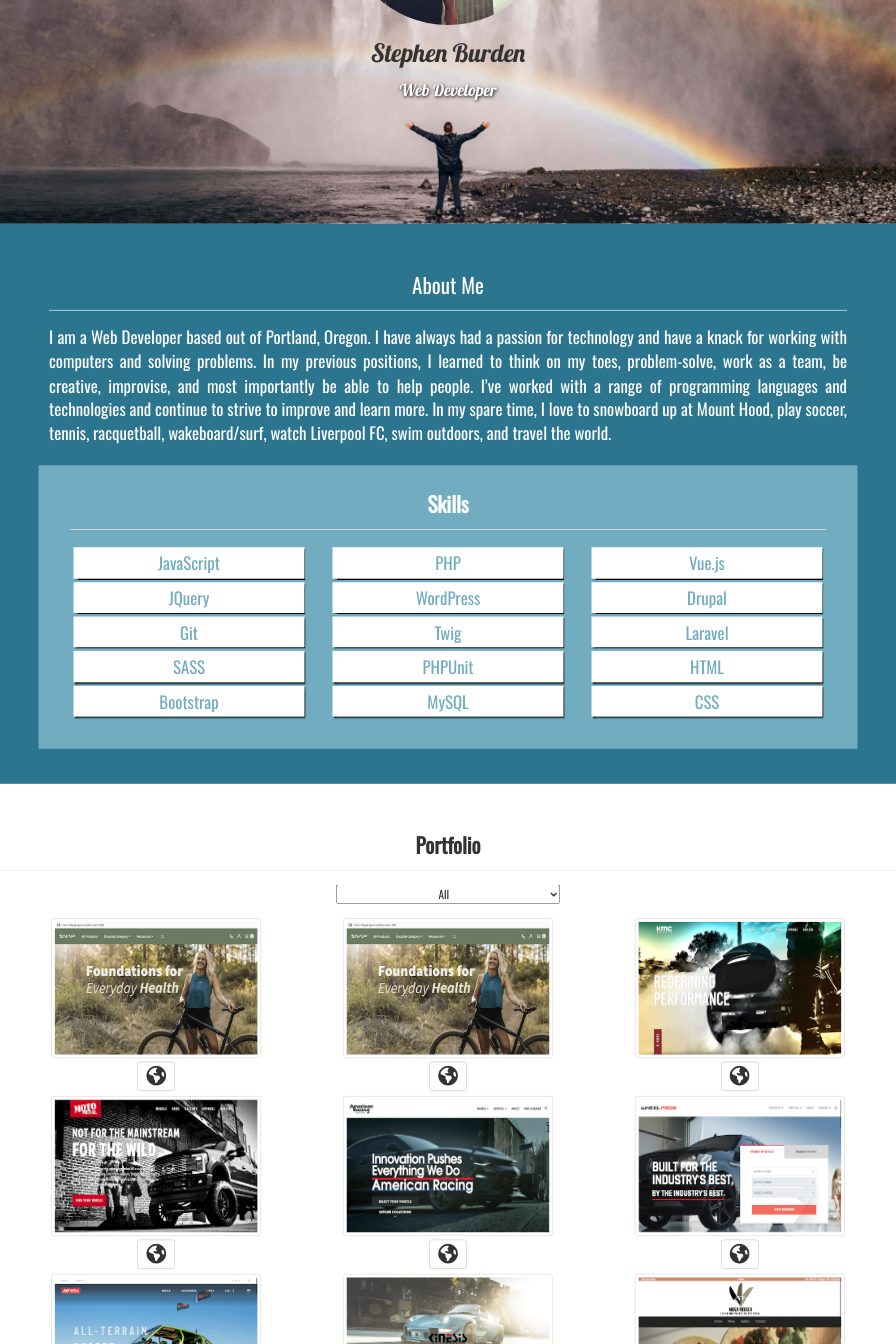
Repository: spburden/portfolio
Page: index.html
The author's editor kept a copy of each file at every save. The page is drawn from the files as they stood at one save, then again after the next save.
The browser window is 1280 px wide. The pictures show the part of the page from y = 464 to 2384 px (the page is 4185 px tall), at 70% of full size.
Some web libraries are served in a nearby version.

Above is the page before, as saved 2019-12-09 23:31:41.

### index.html
<!DOCTYPE html>
<html>
<head>
  <!-- Global site tag (gtag.js) - Google Analytics -->
  <script async src="https://www.googletagmanager.com/gtag/js?id=UA-92048308-1"></script>
  <script>
    window.dataLayer = window.dataLayer || [];
    function gtag(){dataLayer.push(arguments);}
    gtag('js', new Date());
    gtag('config', 'UA-92048308-1');
  </script>
  <meta charset="utf-8">
  <meta http-equiv="X-UA-Compatible" content="IE=edge">
  <meta content="width=device-width, initial-scale=1.0" name="viewport">
  <meta content="This is the portfolio of Stephen Burden who is a Web Developer available for hire in the Portland, OR area." name="Description">
  <meta content="Junior, Software, spburden, Oregon, Epicodus, PHP, JavaScript, Wordpress, Ember, EmberJS, JS, Python, Angular 2, Silex, Twig, MySQL, HTML, CSS, Bootstrap, JQuery, Drupal, SEO, Node.JS" name="Keywords">
  <script type="application/ld+json">
    /*<![CDATA[*/{"@context":"http:\/\/schema.org","@type":"WebSite","@id":"#website","url":"http:\/\/www.stephenburden.com\/","name":"Stephen Burden - Web Developer","potentialAction":{"@type":"SearchAction","target":"http:\/\/www.stephenburden.com\/?s={search_term_string}","query-input":"required name=search_term_string"}}/*]]>*/
  </script>
  <link href="favicon.ico" rel="shortcut icon" type="image/x-icon">
  <link href="css/bootstrap.min.css" media="all" rel="stylesheet" type="text/css">
  <link href="https://fonts.googleapis.com/css?family=Lobster|Cormorant+Garamond|Oswald|Raleway|Lato" rel="stylesheet" type="text/css">
  <link href="css/styles.min.css" media="screen" rel="stylesheet" title="no title">
  <script src="js/jquery-3.2.1.min.js" type="text/javascript">
  </script>
  <script async src="js/bootstrap.min.js" type="text/javascript">
  </script>
  <title>Stephen Burden - Portfolio | Web Developer in Portland, OR</title>
</head>
<body>
  <nav class="navbar nav-pills navbar-fixed-top">
    <div class="container-fluid">
      <!-- Brand and toggle get grouped for better mobile display -->
      <div class="navbar-header">
        <button aria-expanded="false" class="navbar-toggle collapsed" data-target="#bs-example-navbar-collapse-1" data-toggle="collapse" type="button"><span class="sr-only">Toggle navigation</span> <span class="icon-bar"></span> <span class="icon-bar"></span> <span class="icon-bar"></span></button> <a data-part="pageOne" class="navbar-brand" href="#" id="home">Stephen Burden</a>
      </div>
      <!-- Collect the nav links, forms, and other content for toggling -->
      <div class="collapse navbar-collapse" id="bs-example-navbar-collapse-1">
        <ul class="nav navbar-nav navbar-right">
          <li class="page-scroll">
            <a data-part="pageTwo" href="#" id="about">About</a>
          </li>
          <li class="page-scroll">
            <a data-part="pageThree" href="#" id="portfolio">Portfolio</a>
          </li>
          <li class="page-scroll">
            <a data-part="pageFour" href="#" id="contact">Contact</a>
          </li>
        </ul>
      </div>
      <!-- /.navbar-collapse -->
    </div>
    <!-- /.container-fluid -->
  </nav>
  <div class="section pageOne" id="pageOne">
    <img alt="Stephen Burden Web Developer" class="center-block" id="face" src="images/corcovado.jpg">
    <div class="center">
      <h1 class="burden">Stephen Burden</h1>
      <h3 class="burden">Web Developer</h3>
    </div>
  </div>
  <div class="section pageTwo" id="pageTwo">
    <div class="container">
      <div class="center">
        <h2 class="white">About Me</h2>
      </div>
      <hr>
      <p class="white justify">I am a Web Developer based out of Portland, Oregon. I have always had a passion for technology and have a knack for working with computers and solving problems. In my previous positions, I learned to think on my toes, problem-solve, work as a team, be creative, improvise, and most importantly be able to help people. I’ve worked with a range of programming languages and technologies and continue to strive to improve and learn more. In my spare time, I love to snowboard up at Mount Hood, play soccer, tennis, racquetball, wakeboard/surf, watch Liverpool FC, swim outdoors, and travel the world. </p><br>
      <div class="row whatup">
        <div class="col-sm-12">
          <h2 class="center strong" id="skills">Skills</h2>
          <hr>
        </div>
        <div class="col-sm-4">
          <ul class="skills">
            <li>JavaScript</li>
            <li>JQuery</li>
            <li>Git</li>
            <!-- <li>TypeScript</li> -->
            <li>SASS</li>
            <!-- <li>Node.JS</li> -->
            <li>Bootstrap</li>
            <!-- <li>Ember</li> -->
            <!-- <li>Angular 2</li> -->
          </ul>
        </div>
        <div class="col-sm-4 mid-skills">
          <ul class="skills">
            <li>PHP</li>
            <li>WordPress</li>
            <!-- <li>Silex</li> -->
            <li>Twig</li>
            <li>PHPUnit</li>
            <li>MySQL</li>
          </ul>
        </div>
        <div class="col-sm-4">
          <ul class="skills">
            <li>Vue.js</li>
            <li>Drupal</li>
            <li>Laravel</li>
            <li>HTML</li>
            <li>CSS</li>
            <!-- <li>Python</li> -->
          </ul>
        </div>
      </div>
    </div>
  </div>
  <div class="section container-fluid pageThree" id="pageThree">
    <div class="center">
      <h2 class="strong">Portfolio</h2>
    </div>
    <hr>
    <div class="center">
      <select class="">
        <option value="all">
          All
        </option>
        <option value="js">
          JavaScript
        </option>
        <option value="php">
          PHP
        </option>
        <option value="wordpress">
          Wordpress
        </option>
        <option value="vue">
          Vue.js
        </option>
        <option value="laravel">
          Laravel
        </option>
        <option value="drupal">
          Drupal
        </option>
      </select>
    </div><br>
    <div class="row">
    <div class="col-sm-6 col-md-4 porto js php vue laravel">
        <a href="https://snapsupplements.com/"  target="_blank"><img alt="Snap Supplements" class="img-responsive thumbnail center-block screenshot" src="images/snap.jpg"></a>
        <a class="btn btn-default"  href="https://snapsupplements.com/" target="_blank"><i class="fa fa-globe fa-2x"></i></a>
      </div>
      <div class="col-sm-6 col-md-4 porto js php vue laravel">
        <a href="https://snapsupplements.com/"  target="_blank"><img alt="Snap Supplements" class="img-responsive thumbnail center-block screenshot" src="images/snap.jpg"></a>
        <a class="btn btn-default"  href="https://snapsupplements.com/" target="_blank"><i class="fa fa-globe fa-2x"></i></a>
      </div>
      <div class="col-sm-6 col-md-4 porto js wordpress php">
        <a href="https://www.kmcwheels.com/"  target="_blank"><img class="img-responsive thumbnail center-block screenshot" src="images/kmc.jpg"></a>
        <a class="btn btn-default"  href="https://www.kmcwheels.com/" target="_blank"><i class="fa fa-globe fa-2x"></i></a>
      </div>
      <div class="col-sm-6 col-md-4 porto js wordpress php">
        <a href="https://www.motometalwheels.com/"  target="_blank"><img class="img-responsive thumbnail center-block screenshot" src="images/moto.jpg"></a>
        <a class="btn btn-default"  href="https://www.motometalwheels.com/" target="_blank"><i class="fa fa-globe fa-2x"></i></a>
      </div>
      <div class="col-sm-6 col-md-4 porto js wordpress php">
        <a href="https://www.americanracing.com/"  target="_blank"><img class="img-responsive thumbnail center-block screenshot" src="images/american.jpg"></a>
        <a class="btn btn-default"  href="https://www.americanracing.com/" target="_blank"><i class="fa fa-globe fa-2x"></i></a>
      </div>
      <div class="col-sm-6 col-md-4 porto js wordpress php">
        <a href="https://www.wheelpros.com/"  target="_blank"><img class="img-responsive thumbnail center-block screenshot" src="images/wheelpros.jpg"></a>
        <a class="btn btn-default"  href="https://www.wheelpros.com/" target="_blank"><i class="fa fa-globe fa-2x"></i></a>
      </div>
      <div class="col-sm-6 col-md-4 porto js wordpress php">
        <a href="https://www.msawheels.com/"  target="_blank"><img class="img-responsive thumbnail center-block screenshot" src="images/msawheels.jpg"></a>
        <a class="btn btn-default"  href="https://www.msawheels.com/" target="_blank"><i class="fa fa-globe fa-2x"></i></a>
      </div>
      <div class="col-sm-6 col-md-4 porto wordpress php">
        <a href="https://www.kinesismotorsport.com/"  target="_blank"><img class="img-responsive thumbnail center-block screenshot" src="images/kinesis.jpg"></a>
        <a class="btn btn-default"  href="https://www.kinesismotorsport.com/" target="_blank"><i class="fa fa-globe fa-2x"></i></a>
      </div>
      <!-- <div class="col-sm-6 col-md-4 porto js">
        <a href="https://spburden.github.io/porsche-pdp-html/"  target="_blank"><img alt="Mesa Fresca - Oregon City" class="img-responsive thumbnail center-block screenshot" src="images/porsche.jpg"></a>
        <a class="btn btn-default"  href="https://github.com/spburden/porsche-pdp-html"  target="_blank"><i class="fa fa-github fa-2x"></i></a>
        <a class="btn btn-default"  href="https://spburden.github.io/porsche-pdp-html/"  target="_blank"><i class="fa fa-globe fa-2x"></i></a>
      </div> -->
      <!-- <div class="col-sm-6 col-md-4 porto wordpress">
        <a href="https://spburden.github.io/easy-power/" target="_blank"><img alt="Easy Power" class="img-responsive thumbnail center-block screenshot" src="images/easypower.jpg"></a>
        <a class="btn btn-default" href="https://github.com/spburden/easy-power-wordpress" target="_blank"><i class="fa fa-github fa-2x"></i></a>
        <a class="btn btn-default" href="https://spburden.github.io/easy-power/" target="_blank"><i class="fa fa-globe fa-2x"></i></a>
      </div> -->
      <div class="col-sm-6 col-md-4 porto php">
        <a href="http://mesafrescaoc.com/" target="_blank"><img alt="Mesa Fresca - Oregon City" class="img-responsive thumbnail center-block screenshot" src="images/mesa.jpg"></a> <a class="btn btn-default" href="http://mesafrescaoc.com/" target="_blank"><i class="fa fa-globe fa-2x"></i></a>
      </div>
      <div class="col-sm-6 col-md-4 porto php">
        <a href="http://www.energyfitnessconcepts.com/" target="_blank"><img alt="Energy Fitness Concepts - Pearl District, Portland, OR" class="img-responsive thumbnail center-block screenshot" src="images/energy.jpg"></a> <a class="btn btn-default" href="http://www.energyfitnessconcepts.com/" target="_blank"><i class="fa fa-globe fa-2x"></i></a>
      </div>
      <div class="col-sm-6 col-md-4 porto php">
        <a href="http://www.thereadingtoolkit.com/" target="_blank"><img alt="The Reading Toolkit - Portland, OR" class="img-responsive thumbnail center-block screenshot" src="images/reading.jpg"></a> <a class="btn btn-default" href="http://www.thereadingtoolkit.com/" target="_blank"><i class="fa fa-globe fa-2x"></i></a>
      </div>
      <div class="col-sm-6 col-md-4 porto php">
        <a href="https://www.pknwconstruction.com/" target="_blank"><img alt="PKNW Construction - Hillsboro, Portland" class="img-responsive thumbnail center-block screenshot" src="images/pknw.jpg"></a> <a class="btn btn-default" href="https://www.pknwconstruction.com/" target="_blank"><i class="fa fa-globe fa-2x"></i></a>
      </div>
      <div class="col-sm-6 col-md-4 porto js">
        <a href="https://github.com/spburden/neighborly-pdx-ember" target="_blank"><img alt="Portland Neighborhood Research App - Ember Javascript" class="img-responsive thumbnail center-block screenshot" src="images/npdx1.jpg"></a> <a class="btn btn-default" href="https://github.com/spburden/neighborly-pdx-ember" target="_blank"><i class="fa fa-github fa-2x"></i></a>
        <!-- <a class="btn btn-default" href="https://neighborly-pdx.pagefrontapp.com/" target="_blank"><i class="fa fa-globe fa-2x"></i></a> -->
      </div>
      <div class="col-sm-6 col-md-4 porto drupal">
        <a href="http://rvoutdooradventures.com" target="_blank"><img alt="RV Outdoor Adventures (Clatskanie, OR) - Drupal" class="img-responsive thumbnail center-block screenshot" src="images/rv.jpg"></a> <a class="btn btn-default" href="http://rvoutdooradventures.com" target="_blank"><i class="fa fa-globe fa-2x"></i></a>
      </div>
      <div class="col-sm-6 col-md-4 porto drupal">
        <a href="https://github.com/spburden/skill-swap-drupal" target="_blank"><img alt="Skill Swap - Drupal" class="img-responsive thumbnail center-block screenshot" src="images/swap.jpg"></a> <a class="btn btn-default" href="https://github.com/spburden/skill-swap-drupal" target="_blank"><i class="fa fa-github fa-2x"></i></a>
      </div>
      <div class="col-sm-6 col-md-4 porto js">
        <a href="https://github.com/spburden/qa-message-board-ember" target="_blank"><img alt="Question Answer Message Board - Ember.JS" class="img-responsive thumbnail center-block screenshot" src="images/msg-brd-ember.jpg"></a> <a class="btn btn-default" href="https://github.com/spburden/qa-message-board-ember" target="_blank"><i class="fa fa-github fa-2x"></i></a>
      </div>
      <div class="col-sm-6 col-md-4 porto php">
        <a href="https://github.com/spburden/restaurant-reviewer-php-sql" target="_blank"><img alt="Restaurant Reviewer - PHP SQL" class="img-responsive thumbnail center-block screenshot" src="images/relp.jpg"></a> <a class="btn btn-default" href="https://github.com/spburden/restaurant-reviewer-php-sql" target="_blank"><i class="fa fa-github fa-2x"></i></a> <a class="btn btn-default" href="https://enigmatic-tor-27207.herokuapp.com/" target="_blank"><i class="fa fa-globe fa-2x"></i></a>
      </div>
      <div class="col-sm-6 col-md-4 porto php">
        <a href="https://github.com/spburden/spacetruckin" target="_blank"><img alt="Space Truckin' (Intergalatic Trading Game) - PHP" class="img-responsive thumbnail center-block screenshot" src="images/space.jpg"></a> <a class="btn btn-default" href="https://github.com/spburden/spacetruckin" target="_blank"><i class="fa fa-github fa-2x"></i></a> <a class="btn btn-default" href="https://shrouded-garden-90623.herokuapp.com/" target="_blank"><i class="fa fa-globe fa-2x"></i></a>
      </div>
      <div class="col-sm-6 col-md-4 porto php">
        <a href="https://github.com/spburden/word-frequency-php" target="_blank"><img alt="Word Frequency - PHP" class="img-responsive thumbnail center-block screenshot" src="images/freq.jpg"></a> <a class="btn btn-default" href="https://github.com/spburden/word-frequency-php" target="_blank"><i class="fa fa-github fa-2x"></i></a> <a class="btn btn-default" href="http://word-count-php.herokuapp.com/" target="_blank"><i class="fa fa-globe fa-2x"></i></a>
      </div>
      <div class="col-sm-6 col-md-4 porto php">
        <a href="https://github.com/spburden/shopping-site-ember" target="_blank"><img alt="E-Commerce Store - Ember.JS" class="img-responsive thumbnail center-block screenshot" src="images/shop.jpg"></a> <a class="btn btn-default" href="https://github.com/spburden/shopping-site-ember" target="_blank"><i class="fa fa-github fa-2x"></i></a>
      </div>
      <div class="col-sm-6 col-md-4 porto js">
        <a href="https://github.com/spburden/help-queue-ember" target="_blank"><img alt="Help Queue - Ember.JS" class="img-responsive thumbnail center-block screenshot" src="images/help.jpg"></a> <a class="btn btn-default" href="https://github.com/spburden/help-queue-ember" target="_blank"><i class="fa fa-github fa-2x"></i></a>
      </div>
      <div class="col-sm-6 col-md-4 porto js">
        <a href="https://github.com/spburden/meal-tracker-angular2" target="_blank"><img alt="Meal Tracker - Angular 2" class="img-responsive thumbnail center-block screenshot" src="images/meal.jpg"></a> <a class="btn btn-default" href="https://github.com/spburden/meal-tracker-angular2" target="_blank"><i class="fa fa-github fa-2x"></i></a> <a class="btn btn-default" href="https://meal-tracker-angular2.herokuapp.com/" target="_blank"><i class="fa fa-globe fa-2x"></i></a>
      </div>
      <div class="col-sm-6 col-md-4 porto php">
        <a href="https://github.com/spburden/shoe-store-php-sql" target="_blank"><img alt="Shoe Store - PHP, SQL" class="img-responsive thumbnail center-block screenshot" src="images/shoes.jpg"></a> <a class="btn btn-default" href="https://github.com/spburden/shoe-store-php-sql" target="_blank"><i class="fa fa-github fa-2x"></i></a> <a class="btn btn-default" href="https://oak-worry.000webhostapp.com/" target="_blank"><i class="fa fa-globe fa-2x"></i></a>
      </div>
      <div class="col-sm-6 col-md-4 porto drupal">
        <a href="https://github.com/spburden/shift-cipher-drupal" target="_blank"><img alt="Shift Cipher - Drupal" class="img-responsive thumbnail center-block screenshot" src="images/cipher.jpg"></a> <a class="btn btn-default" href="https://github.com/spburden/shift-cipher-drupal" target="_blank"><i class="fa fa-github fa-2x"></i></a>
      </div>
    </div>
  </div>
  <div class="section container-fluid pageFour" id="pageFour">
    <div class="center">
      <h2 class="white">Let's Connect!</h2>
      <h4 class="white">Contact me:</h4>
      <div class="btn-list">
        <a class="btn btn-default" href="https://www.linkedin.com/in/stephenburden1" target="_blank"><i class="fa fa-linkedin fa=fw"></i> Linkedin</a> <a class="btn btn-default" href="https://www.github.com/spburden" target="_blank"><i class="fa fa-github"></i> Github</a> <a class="btn btn-default" href="mailto:spburden@gmail.com" target="_blank"><i class="fa fa-envelope"></i> Email</a> <a class="btn btn-default" href="https://drive.google.com/file/d/18yLGZf1XDpsPmF_a3ecTG2cEOckks6PN/view?usp=sharing" target="_blank"><i class="fa fa-file-text-o"></i> Resume</a>
      </div>
    </div>
  </div>
  <div class="container-fluid footer">
    <div class="center">
      <i class="copyright">Copyright &copy; Stephen Burden 2019. All Rights Reserved</i>
    </div>
  </div>
  <script src="js/scripts.min.js" type="text/javascript">
  </script>
  <script async src="https://use.fontawesome.com/9a38b0e6b3.js">
  </script>
</body>
</html>

### css/styles.min.css
nav li a{color:white}.container-fluid{overflow:hidden}.pageThree .col-sm-4{margin-bottom:15px}strong h2{font-weight:bolder}.center{margin-left:auto;margin-right:auto;text-align:center}.justify{text-align:justify}.strong{font-weight:bold}.page-scroll{text-align:center}.page-scroll a:hover{color:#6f51ad}ul.skills{padding:0}.skills li{margin:5px;padding:5px;background:white;list-style-type:none;font-size:24px;color:#71acc0;box-shadow:2px 2px 2px black}#skills{color:white}#home{color:#fdd167}#home:hover{color:#ffeab7}.icon-bar{background-color:#fdd167}.row{text-align:center}.row--flex{display:-webkit-box;display:-webkit-flex;display:-ms-flexbox;display:flex;flex-wrap:wrap}.row .btn{margin-top:-15px;margin-bottom:7px}.nav-pills{font-weight:100!important;background-color:black;opacity:.9}nav,#home{font-size:xx-large}h3{text-shadow:1px 1px 5px black}body{font-family:'Oswald',sans-serif;background-color:white}#face{border-radius:50%;width:300px}.pageOne{padding-top:200px;background:url("../images/epic2.jpg");background-size:cover;background-position:center;height:100vh;min-height:56em;font-family:'Lobster'}.whatup{padding-bottom:36px;padding-top:18px;background-color:#71acc0}.pageTwo{background-color:#2b758e;background-size:cover;padding:50px 0 50px 0;min-height:100vh}.pageThree{padding:50px 0 50px 0;min-height:700px}.pageFour{background-color:#5363ad;background-size:cover;padding:50px 0 100px 0}.footer{background-color:black;background-size:cover;padding:15px 0 15px 0}h3{color:white}.white{color:white}p{font-size:24px}.copyright{color:#e6e6e6}.row{padding-left:30px!important;padding-right:30px!important}.caption-style{list-style-type:none;margin:0;padding:0}.caption-style .project{float:left;padding:0;position:relative;overflow:hidden}.caption-style .project:hover .caption{opacity:1}.caption-style img{margin:0;padding:0;float:left;z-index:4}.caption-style .caption{cursor:pointer;position:absolute;opacity:0;-webkit-transition:all .45s ease-in-out;-moz-transition:all .45s ease-in-out;-o-transition:all .45s ease-in-out;-ms-transition:all .45s ease-in-out;transition:all .45s ease-in-out}.caption-style .blur{background-color:rgba(0,0,0,0.65);height:300px;width:400px;z-index:5;position:absolute}.caption-style .caption-text h1{text-transform:uppercase;font-size:24px}.project .caption-text{z-index:10;color:#fff;position:absolute;width:400px;height:300px;text-align:center;top:100px}.screenshot{width:300px;height:200px;z-index:4}.pageTwo,.pageThree,.pageFour,.footer{font-family:'Oswald',sans-serif}.nav,#home{letter-spacing:1.5px}select{width:25%;text-align-last:center;font-size:16px}.active{color:#6f51ad;background:#eee}@media screen and (max-width:767px){.screenshot{width:500px;height:333px}.mid-skills{padding-top:22px;padding-bottom:22px}}@media screen and (max-width:414px){.screenshot{width:350px;height:233px}}@media only screen and (max-width:991px) and (min-width:768px){.screenshot{width:340px;height:227px}}

### js/scripts.min.js
$(document).ready(function(){var a=$("#bs-example-navbar-collapse-1").outerHeight();$("nav a").click(function(){var b=this.attributes["data-part"].value;$("html, body").animate({scrollTop:$("."+b).offset().top-a},1000)});$("select").on("change",function(){var b=this.value;if(b==="all"){$(".porto").fadeIn("slow")}else{$(".porto").fadeOut("slow");$("."+b).fadeIn("slow")}$("html, body").animate({scrollTop:$(".pageThree").offset().top},1200)});$(".page-scroll a").on("click",function(b){$(this).blur();$("a").removeClass("active")});$(window).on("scroll",function(){$(".section").each(function(){var c=$(window).scrollTop()+$(window).height();if((c>=$(this).offset().top)&&($(this).attr("id")==="pageFour")){var d=$(this).attr("id");$(".page-scroll a").removeClass("active");$(".page-scroll a[data-part="+d+"]").addClass("active")}if((($(window).scrollTop()+a)>=$(this).offset().top)&&($(this).attr("id")!=="pageFour")){var b=$(this).attr("id");$(".page-scroll a").removeClass("active");$(".page-scroll a[data-part="+b+"]").addClass("active")}})})});

Loaded but not shown: css/bootstrap.min.css (library); js/jquery-3.2.1.min.js (library); js/bootstrap.min.js (library)

After the next save:
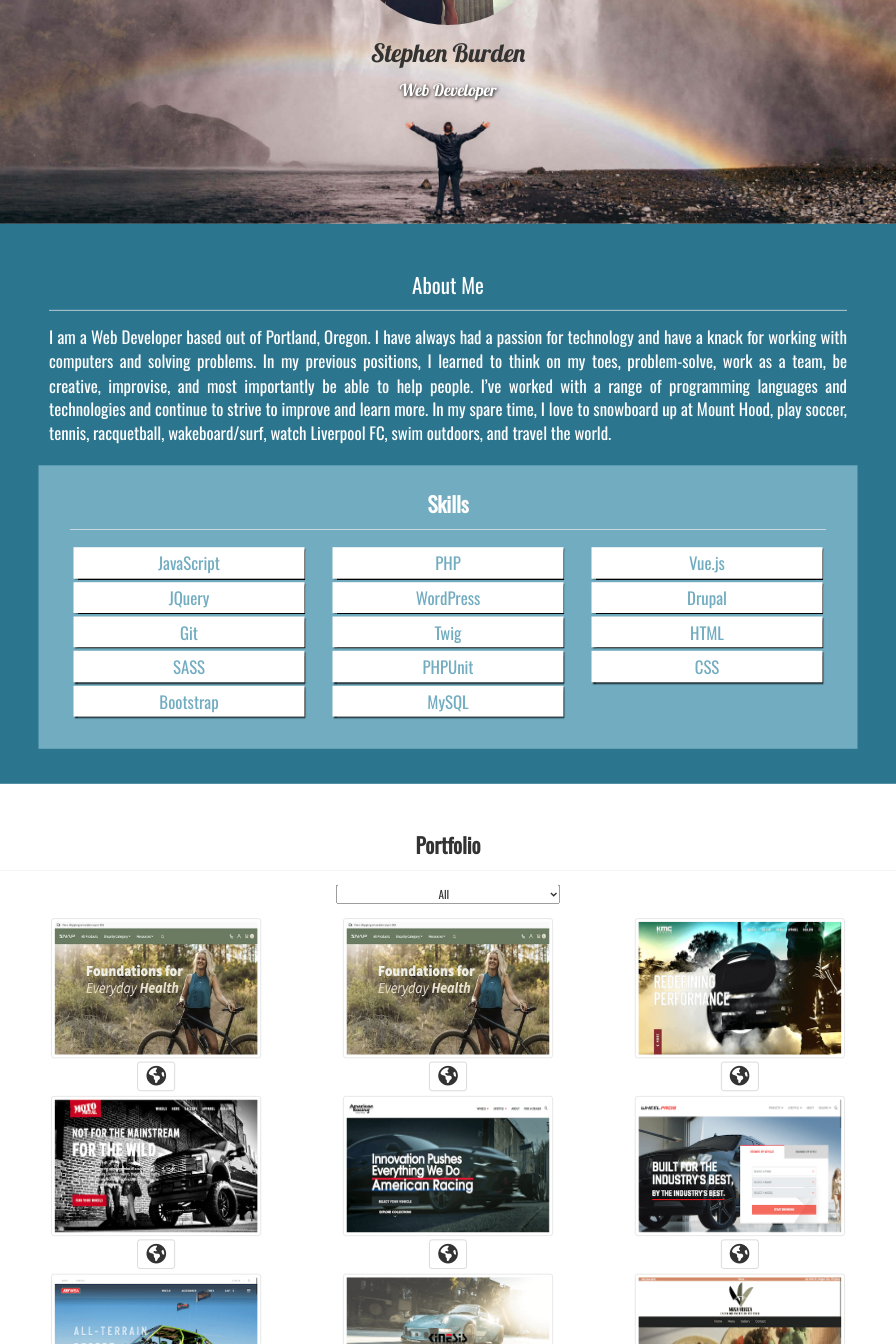
Saved 58 s later.
--- a/index.html
+++ b/index.html
@@ -98,7 +98,7 @@
           <ul class="skills">
             <li>Vue.js</li>
             <li>Drupal</li>
-            <li>Laravel</li>
+            <!-- <li>Laravel</li> -->
             <li>HTML</li>
             <li>CSS</li>
             <!-- <li>Python</li> -->
@@ -129,17 +129,17 @@
         <option value="vue">
           Vue.js
         </option>
-        <option value="laravel">
+        <!-- <option value="laravel">
           Laravel
-        </option>
+        </option> -->
         <option value="drupal">
           Drupal
         </option>
       </select>
     </div><br>
     <div class="row">
-    <div class="col-sm-6 col-md-4 porto js php vue laravel">
-        <a href="https://snapsupplements.com/"  target="_blank"><img alt="Snap Supplements" class="img-responsive thumbnail center-block screenshot" src="images/snap.jpg"></a>
+      <div class="col-sm-6 col-md-4 porto js php vue">
+        <a href="http://saleshift.com/"  target="_blank"><img alt="Snap Supplements" class="img-responsive thumbnail center-block screenshot" src="images/snap.jpg"></a>
         <a class="btn btn-default"  href="https://snapsupplements.com/" target="_blank"><i class="fa fa-globe fa-2x"></i></a>
       </div>
       <div class="col-sm-6 col-md-4 porto js php vue laravel">
